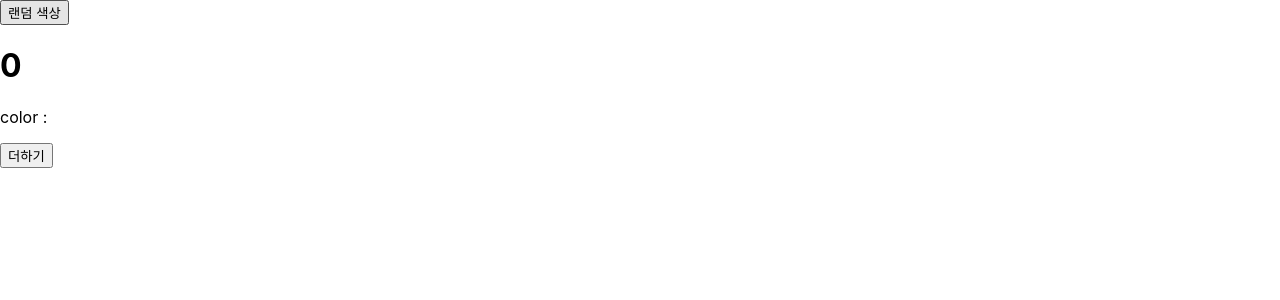
Repository: jongheonleee/hello_my_react
Page: /
The author's editor kept a copy of each file at every save. The page is drawn from the files as they stood at one save, then again after the next save.
The browser window is 1280 px wide. The pictures show the whole page.
The project was rebuilt for these pictures with package versions that can differ from the ones it lists, and the page was loaded fresh each time.

Above is the page before, as saved 2024-09-04 12:43:47.

After the next save:
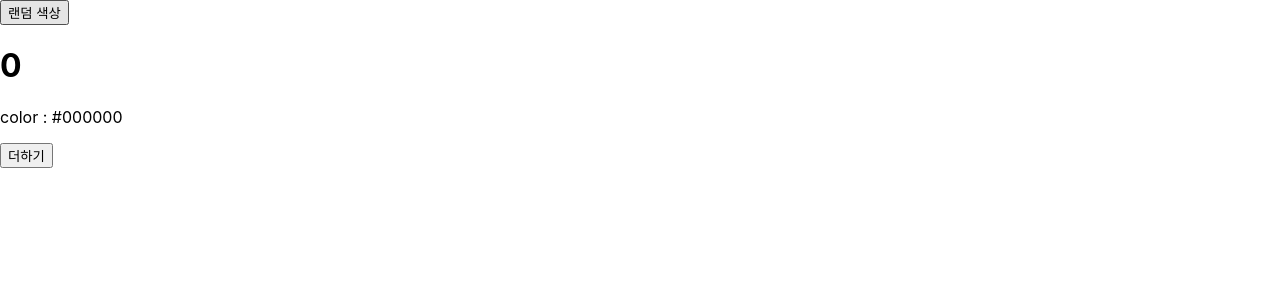
Saved 72 s later.
--- a/src/App.js
+++ b/src/App.js
@@ -21,7 +21,7 @@ class App extends Component {
     return (
       <div>
         <button onClick={this.handleClick}>랜덤 색상</button>
-        <LifeCycleSample/>
+        <LifeCycleSample color={this.state.color}/>
       </div>
     );
   }
